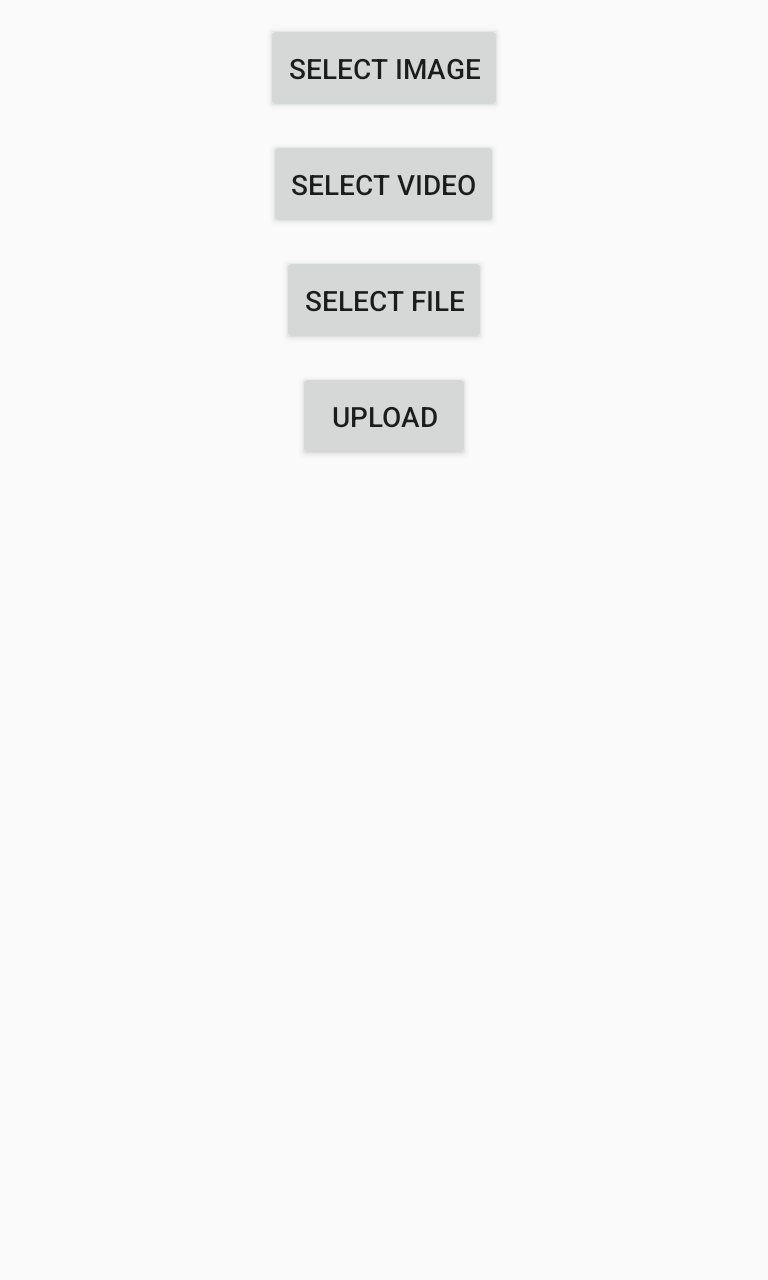
Repository: BLiuBLiu/android_file_upload
Layout: ImageUploadTest/res/layout/activity_main.xml
These files come from the project's save history. The layout is drawn as it stood at one moment and after the next save; the edit follows.
It is drawn on a 768 x 1280 px phone screen (xhdpi) without system bars, with theme AppTheme; the app's code is not run.

Above is the layout before, as saved 2015-10-17 09:06:25.

After the next save:
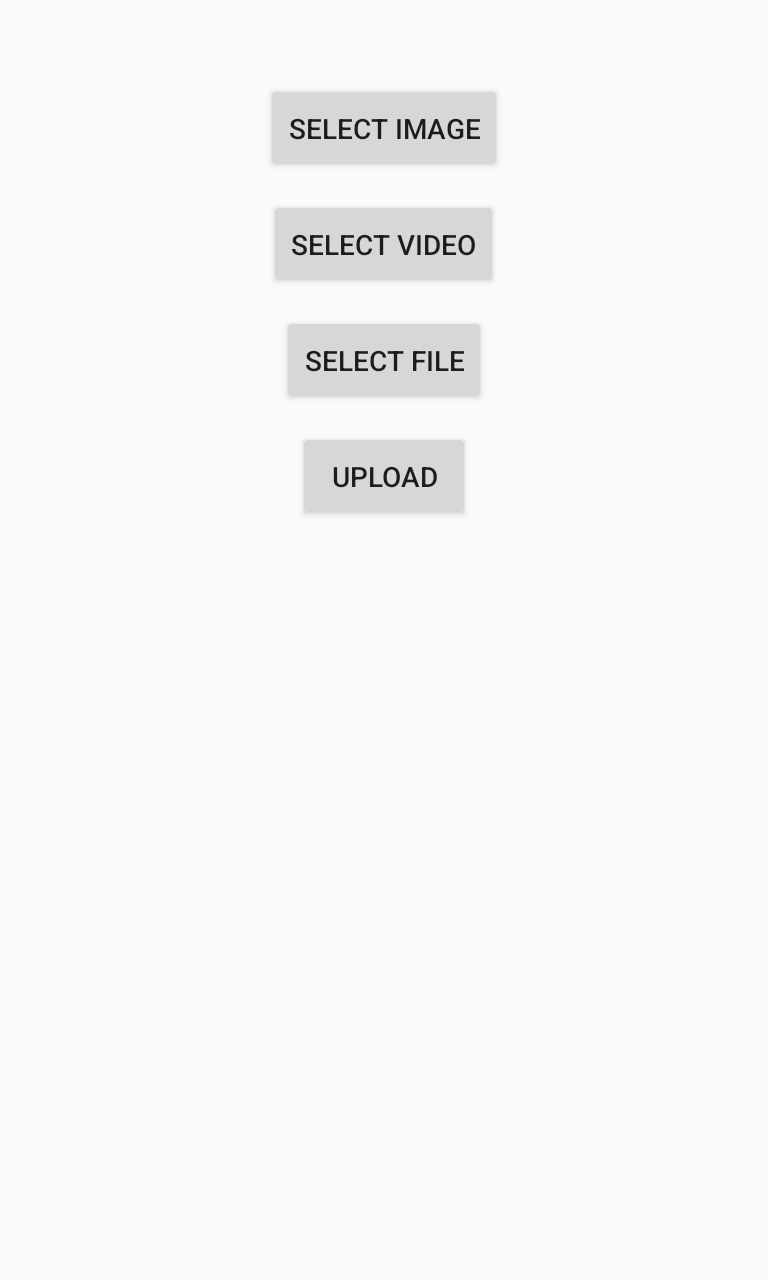
Saved 48 s later.
--- a/ImageUploadTest/res/layout/activity_main.xml
+++ b/ImageUploadTest/res/layout/activity_main.xml
@@ -10,7 +10,7 @@
         android:layout_height="wrap_content"
         android:layout_alignParentTop="true"
         android:layout_centerHorizontal="true"
-        android:layout_marginTop="10dp"
+        android:layout_marginTop="40dp"
         android:gravity="center"
         android:text="Select Image" />
 
